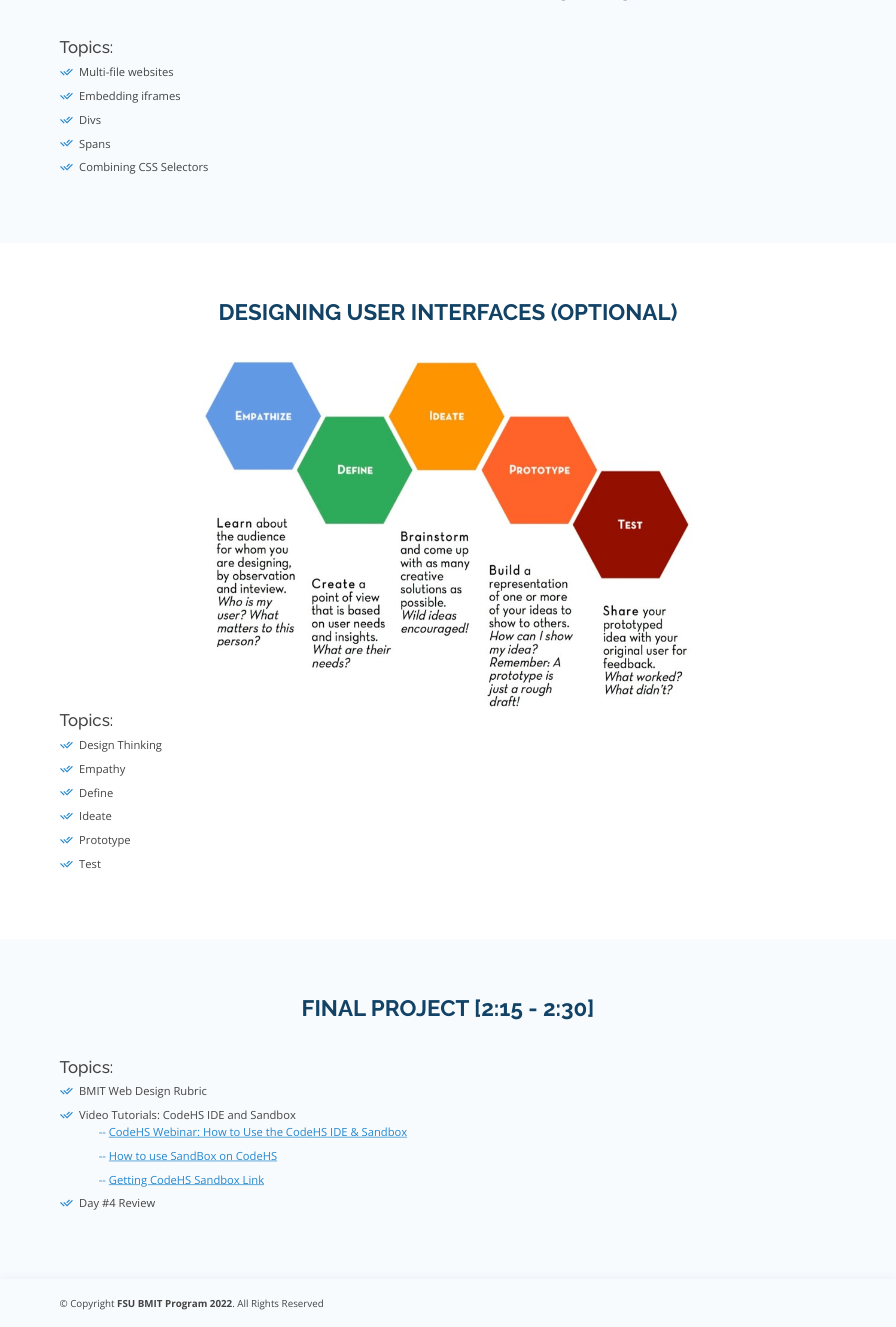
Repository: cchatmon/BMIT-Program
Page: BMIT_OnePage/index.html
The author's editor kept a record of every edit. The page is drawn from the files as they stood at one moment, then again after the next edit.
The browser window is 1280 px wide. The pictures show the part of the page from y = 2410 to 4330 px (the page is 4306 px tall before and 4330 px after), at 70% of full size.
Backgrounds fixed to the window are drawn as part of the page.

Above is the page before.

### BMIT_OnePage/index.html
<!DOCTYPE html>
<html lang="en">

<head>
  <meta charset="utf-8">
  <meta content="width=device-width, initial-scale=1.0" name="viewport">

  <title>FSU BMIT Program</title>
  <meta content="" name="descriptison">
  <meta content="" name="keywords">

  <!-- Favicons -->
  <link href="assets/img/favicon.png" rel="icon">
  <link href="assets/img/apple-touch-icon.png" rel="apple-touch-icon">

  <!-- Google Fonts -->
  <link href="https://fonts.googleapis.com/css?family=Open+Sans:300,300i,400,400i,600,600i,700,700i|Raleway:300,300i,400,400i,500,500i,600,600i,700,700i|Poppins:300,300i,400,400i,500,500i,600,600i,700,700i" rel="stylesheet">

  <!-- Vendor CSS Files -->
  <link href="assets/vendor/bootstrap/css/bootstrap.min.css" rel="stylesheet">
  <link href="assets/vendor/icofont/icofont.min.css" rel="stylesheet">
  <link href="assets/vendor/boxicons/css/boxicons.min.css" rel="stylesheet">
  <link href="assets/vendor/remixicon/remixicon.css" rel="stylesheet">
  <link href="assets/vendor/venobox/venobox.css" rel="stylesheet">
  <link href="assets/vendor/owl.carousel/assets/owl.carousel.min.css" rel="stylesheet">
  <link href="assets/vendor/aos/aos.css" rel="stylesheet">

  <!-- Template Main CSS File -->
  <link href="assets/css/style.css" rel="stylesheet">

  <!-- =======================================================
  * Template Name: OnePage - v2.0.0
  * Template URL: https://bootstrapmade.com/onepage-multipurpose-bootstrap-template/
  * Author: BootstrapMade.com
  * License: https://bootstrapmade.com/license/
  ======================================================== -->
</head>

<body>

  <!-- ======= Header ======= -->
  <header id="header" class="fixed-top">
    <div class="container d-flex align-items-center">

      <h1 class="logo mr-auto"><a href="index.html">FSU BMIT Program</a></h1>
      <!-- Uncomment below if you prefer to use an image logo -->
      <!-- <a href="index.html" class="logo mr-auto"><img src="assets/img/logo.png" alt="" class="img-fluid"></a>-->

      <nav class="nav-menu d-none d-lg-block">
        <ul>
          <li><a href="#getStarted">Getting Started</a></li>
          <li><a href="#htmlStructure">HTML - Structuring Websites</a></li>
          <li><a href="#cssStyling">CSS - Styling Websites</a></li>
          <li><a href="#advanceHTML">Advance HTML & CSS</a></li>
          <li><a href="#userInterface">Designing User Interfaces</a></li>
          <li><a href="#finalProject">Final Project</a></li>
        </ul>
      </nav><!-- .nav-menu -->
    </div>
  </header><!-- End Header -->

  <!-- ======= Hero Section ======= -->
  <section id="hero" class="d-flex align-items-center">
    <div class="container position-relative" data-aos="fade-up" data-aos-delay="100">
      <div class="row justify-content-center">
        <div class="col-xl-7 col-lg-9 text-center">
          <h1>BMIT Web Design Training</h1>
          <h2>Instructor:  Christy Chatmon</h2>
        </div>
      </div>
      </div>
  </section><!-- End Hero -->

  <main id="main">

    <!-- ======= Get Started ======= -->
    <section id="getStarted" class="about">
      <div class="container" data-aos="fade-up">

        <div class="section-title">
          <h2>Getting Started [11:45 - 12:15]</h2>
          <p>Getting Started & Structuring Websites using HTML </p>
        </div>

        <div class="row content">
          <div class="col-lg-12">
            <p>In today's world, web pages are the most common medium for sharing ideas and information.  Learning to design websites is an incredibly useful skill for any career path. The CodeHS Web Design course is a project-based course that teaches students how to build their own web pages. Students will learn the languages HTML and CSS, and will create their own live homepages to serve as portfolios of their creations. By the end of this session, students will be able to explain how web pages are developed and viewed on the Internet,analyze and fix errors in existing websites, and create their very own multi-page websites.  Students will learn the foundations of user interface design, rapid prototyping and user testing,and will work to create professional, mobile responsive websites.
            </p>
            <ul>
              <li><i class="ri-check-double-line"></i>introductions & CodeHS
                  <ul>
                    <li>* <a href="https://codehs.com/go/6C265"><u>Click to go to CodeHS</u></a></li>
                    <li>* Use the following code to join the class:  <b style="color:red;">6C265</b></li>
                    <li>* Web Development Resources:
                          <ul>
                            <li><a href="https://www.w3schools.com/">-- <u>w3schools Online Web Tutorials</u></a></li>
                            <li><a href="https://www.w3schools.com/html/html_examples.asp">-- <u>w3schools - HTML Examples</u></a></li>
                            <li><a href="https://www.tutorialspoint.com/html/index.htm">-- <u>Tutorialspoint</u></a></li>
                            <li><a href="https://html.com/">-- <u>Learn HTML Code, Tags & CSS</u></a></li>
                            <li><a href="http://www.ctyme.com/colors.htm">-- <u>HTML Color Chart</u></a></li>
                          </ul>
                     </li>
                    <li>* Graphics & Image Editors:
                      <ul>
                          <li><a href="https://freestocks.org/">-- <u>Free Stock - Free stock photos</u></a></li>
                          <li><a href="https://commons.wikimedia.org/wiki/Main_Page">-- <u>Wikimedia Commons - Collection of freely usable media files.</u></a></li>
                          <li><a href="https://wordpress.org/openverse/?referrer=creativecommons.org">-- <u>Openverse - Search through over 600 million items to reuse.</u></a></li>
                          <li><a href="https://burst.shopify.com/">-- <u>Burst - Free stock photos for websites</u></a></li>
                          <li><a href="https://www.pics4learning.com/">-- <u>Pics4Learning - Image library that is safe & free for education.</u></a></li>
                          <li><a href="https://www.pexels.com/">-- <u>Pexels - Free stock photos, royalty free images & videos shared by creators.</u></a></li>
                      </ul>
                    </li>

                  </ul>
              </li>

              <li><i class="ri-check-double-line"></i>Web Design Pretest (15 questions)</li>


            </ul>
          </div>
        </div>
      </div>
    </section>    <!-- =======END Get Started ======= -->


    <!-- ======= HTML Structure ======= -->
    <section id="htmlStructure" class="services section-bg">
      <div class="container" data-aos="fade-up">

        <div class="section-title">
          <h2>HTML - Structuring Websites [12:15 - 1:00]</h2>
        </div>


        <div class="row content">
          <div class="col-lg-12">


            <h4>Topics:</h4>
            <ul>
                  <ul>
                    <li><i class="ri-check-double-line"></i> Introduction to HTML </li>
                    <li><i class="ri-check-double-line"></i> Structure of an HTML page </li>
                    <li><i class="ri-check-double-line"></i> Formatting Text </li>
                    <li><i class="ri-check-double-line"></i> Links </li>
                    <li><i class="ri-check-double-line"></i> Images </li>
                    <li><i class="ri-check-double-line"></i> Copyright </li>
                    <li><i class="ri-check-double-line"></i> HTML Lists </li>
                    <li><i class="ri-check-double-line"></i> HTML Styling </li>
                  </ul>
                </li>
            </ul>
          </div>
        </div>
      </div>
    </section>    <!-- ======= END HTML Structure ======= -->

    <!-- ======= CSS Styling ======= -->
    <section id="cssStyling" class="portfolio">
      <div class="container" data-aos="fade-up">

        <div class="section-title">
          <h2>CSS - Styling Websites [1:00 - 1:45]</h2>
        </div>


        <div class="row content">
          <div class="col-lg-12">

           <h4>Topics:</h4>
            <ul>
                  <ul>
                    <li><i class="ri-check-double-line"></i> Introduction to CSS</li>
                    <li><i class="ri-check-double-line"></i> CSS Select by Tag</li>
                    <li><i class="ri-check-double-line"></i> CSS Select by Class</li>
                    <li><i class="ri-check-double-line"></i> CSS Select by ID</li>
                    <li><i class="ri-check-double-line"></i> The Cascade</li>
                  </ul>

            </ul>
          </div>
        </div>
      </div>
    </section>    <!-- ======= END CSS Styling ======= -->

    <!-- ======= Advance HTML & CSS ======= -->
    <section id="advanceHTML" class="team section-bg">
      <div class="container" data-aos="fade-up">

        <div class="section-title">
          <h2>Advanced HTML & CSS [1:45 - 2:15]</h2>
        </div>


        <div class="row content">
          <div class="col-lg-12">

            <h4>Topics:</h4>

            <ul>
            <ul>
                  <ul>
                    <li><i class="ri-check-double-line"></i> Multi-file websites</li>
                    <li><i class="ri-check-double-line"></i> Embedding iframes</li>
                    <li><i class="ri-check-double-line"></i> Divs</li>
                    <li><i class="ri-check-double-line"></i> Spans</li>
                    <li><i class="ri-check-double-line"></i> Combining CSS Selectors</li>
                  </ul>

            </ul>
          </div>
        </div>
      </div>
    </section>    <!-- ======= END Advance HTML & CSS ======= -->

        <!-- ======= Designing User Interfaces ======= -->
    <section id="userInterface" class="about">
      <div class="container" data-aos="fade-up">

        <div class="section-title">
          <h2>Designing User Interfaces (Optional)</h2>
        </div>


        <div class="row content">
          <div class="col-lg-12">
            <center><img src="designThinking_BMIT2.jpg" width="700" height="500"></img></center>
            <h4>Topics:</h4>

            <ul>
                  <ul>
                    <li><i class="ri-check-double-line"></i> Design Thinking</li>
                    <li><i class="ri-check-double-line"></i> Empathy</li>
                    <li><i class="ri-check-double-line"></i> Define</li>
                    <li><i class="ri-check-double-line"></i> Ideate</li>
                    <li><i class="ri-check-double-line"></i> Prototype</li>
                    <li><i class="ri-check-double-line"></i> Test</li>
                  </ul>

            </ul>
          </div>
        </div>
      </div>
    </section><!-- ======= END Designing User Interfaces ======= -->

    <!-- ======= Final Project ======= -->
    <section id="finalProject" class="team section-bg">
      <div class="container" data-aos="fade-up">

        <div class="section-title">
          <h2>Final Project [2:15 - 2:30]</h2>
        </div>


        <div class="row content">
          <div class="col-lg-12">

           <h4>Topics:</h4>

            <ul>
               <li><i class="ri-check-double-line"></i> BMIT Web Design Rubric</li>

              <li><i class="ri-check-double-line"></i> Video Tutorials: CodeHS IDE and Sandbox
                  <ul>
                    <li><a href="https://youtu.be/Hhi5nLg-VMU">-- <u>CodeHS Webinar: How to Use the CodeHS IDE & Sandbox</u></a></li>
                    <li><a href="https://youtu.be/JlnrJKeUShY">-- <u>How to use SandBox on CodeHS</u></a></li>
                    <li><a href="https://youtu.be/bQetxJr58HM">-- <u>Getting CodeHS Sandbox Link</u></a></li>
                  </ul>

              </li>

                <li><i class="ri-check-double-line"></i> Day #4 Review
              </li>

            </ul>
          </div>
        </div>
      </div>
    </section> <!-- ======= END Final Project ======= -->


  </main><!-- End #main -->

  <!-- ======= Footer ======= -->
  <footer id="footer">

    <div class="container d-md-flex py-4">

      <div class="mr-md-auto text-center text-md-left">
        <div class="copyright">
          &copy; Copyright <strong><span>FSU BMIT Program 2022</span></strong>. All Rights Reserved
        </div>

  </footer><!-- End Footer -->

  <a href="#" class="back-to-top"><i class="ri-arrow-up-line"></i></a>
  <div id="preloader"></div>

  <!-- Vendor JS Files -->
  <script src="assets/vendor/jquery/jquery.min.js"></script>
  <script src="assets/vendor/bootstrap/js/bootstrap.bundle.min.js"></script>
  <script src="assets/vendor/jquery.easing/jquery.easing.min.js"></script>
  <script src="assets/vendor/php-email-form/validate.js"></script>
  <script src="assets/vendor/waypoints/jquery.waypoints.min.js"></script>
  <script src="assets/vendor/counterup/counterup.min.js"></script>
  <script src="assets/vendor/venobox/venobox.min.js"></script>
  <script src="assets/vendor/owl.carousel/owl.carousel.min.js"></script>
  <script src="assets/vendor/isotope-layout/isotope.pkgd.min.js"></script>
  <script src="assets/vendor/aos/aos.js"></script>

  <!-- Template Main JS File -->
  <script src="assets/js/main.js"></script>

</body>

</html>

Loaded but not shown: BMIT_OnePage/assets/vendor/bootstrap/css/bootstrap.min.css (library); BMIT_OnePage/assets/vendor/icofont/icofont.min.css (library); BMIT_OnePage/assets/vendor/boxicons/css/boxicons.min.css (library); BMIT_OnePage/assets/vendor/remixicon/remixicon.css (library); BMIT_OnePage/assets/vendor/venobox/venobox.css (library); BMIT_OnePage/assets/vendor/owl.carousel/assets/owl.carousel.min.css (library); BMIT_OnePage/assets/vendor/aos/aos.css (library); BMIT_OnePage/assets/vendor/jquery/jquery.min.js (library); BMIT_OnePage/assets/vendor/bootstrap/js/bootstrap.bundle.min.js (library); BMIT_OnePage/assets/vendor/jquery.easing/jquery.easing.min.js (common file); BMIT_OnePage/assets/vendor/php-email-form/validate.js (library); BMIT_OnePage/assets/vendor/waypoints/jquery.waypoints.min.js (library); BMIT_OnePage/assets/vendor/counterup/counterup.min.js (common file); BMIT_OnePage/assets/vendor/venobox/venobox.min.js (library); BMIT_OnePage/assets/vendor/owl.carousel/owl.carousel.min.js (library); BMIT_OnePage/assets/vendor/isotope-layout/isotope.pkgd.min.js (library); BMIT_OnePage/assets/vendor/aos/aos.js (library); BMIT_OnePage/assets/js/main.js (207 lines, source omitted); BMIT_OnePage/assets/css/style.css (2029 lines, source omitted)

After the next edit:
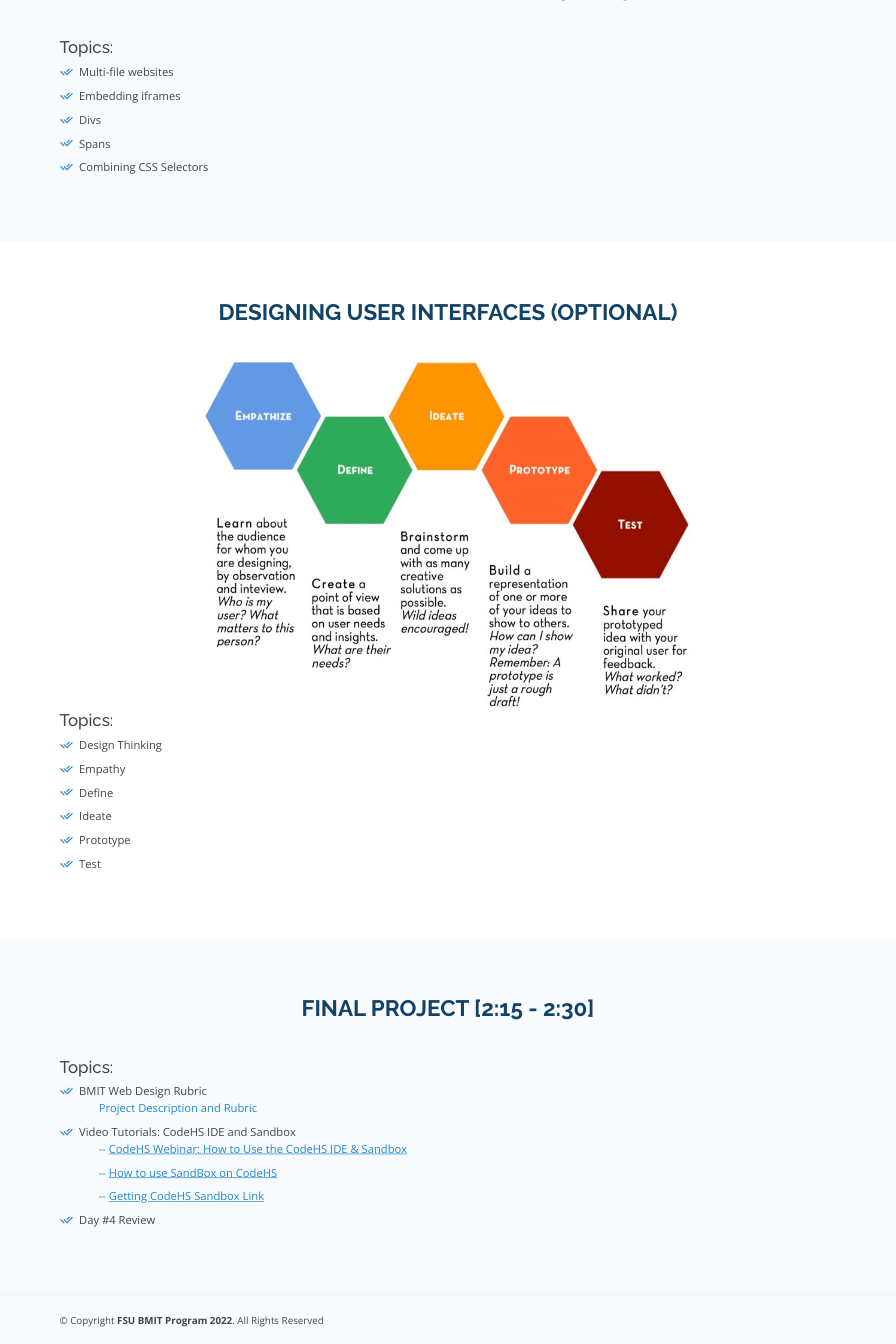
The edit:
--- a/BMIT_OnePage/index.html
+++ b/BMIT_OnePage/index.html
@@ -259,7 +259,13 @@
            <h4>Topics:</h4>
 
             <ul>
-               <li><i class="ri-check-double-line"></i> BMIT Web Design Rubric</li>
+               <li><i class="ri-check-double-line"></i> BMIT Web Design Rubric
+                   <ul>
+                     <li>
+                       <a href="Final_Project_Description.pdf">Project Description and Rubric</a>
+                     </li>
+                   </ul>
+               </li>
 
               <li><i class="ri-check-double-line"></i> Video Tutorials: CodeHS IDE and Sandbox
                   <ul>
